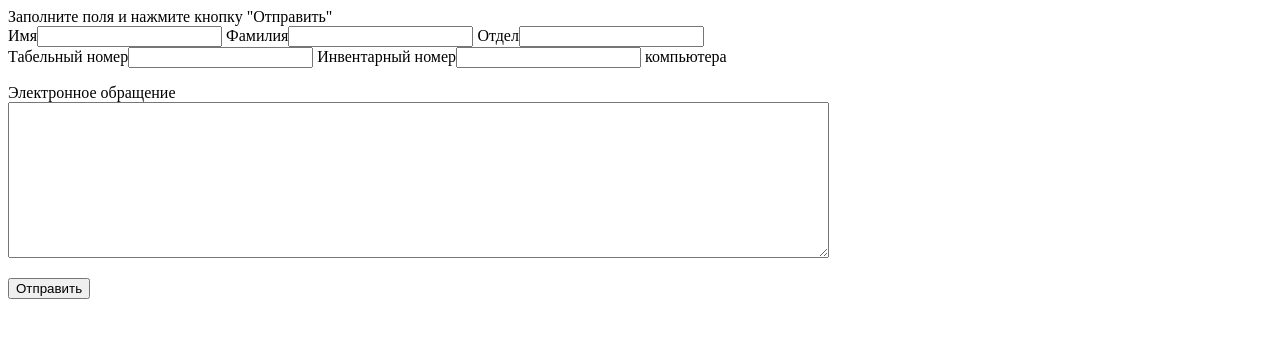
Repository: pitonby/monolitWebApp
Page: WebApp/WebContent/NewFile.html
The author's editor kept a copy of each file at every save. The page is drawn from the files as they stood at one save, then again after the next save.
The browser window is 1280 px wide. The pictures show the whole page.

Above is the page before, as saved 2017-05-29 09:15:24.

### WebApp/WebContent/NewFile.html
<!DOCTYPE html>
<html>
<head>
<meta charset="UTF-8">
<title>Электронная заявка</title>
</head>
<body>
Заполните поля и нажмите кнопку "Отправить"
	<form method="POST" action="MyServlet">
	Имя<input type="text" name="firstName">
	Фамилия<input type="text" name="secondName">
	Отдел<input type="text" name="department"><Br>
	Табельный номер<input type="text" name="id">
	Инвентарный номер<input type="text" name="pcNumber"> компьютера
	<p>Электронное обращение<Br>
   <textarea name="comment" cols="100" rows="10"></textarea></p>
	<input type="submit" value="Отправить">
	</form>
</body>
</html>

After the next save:
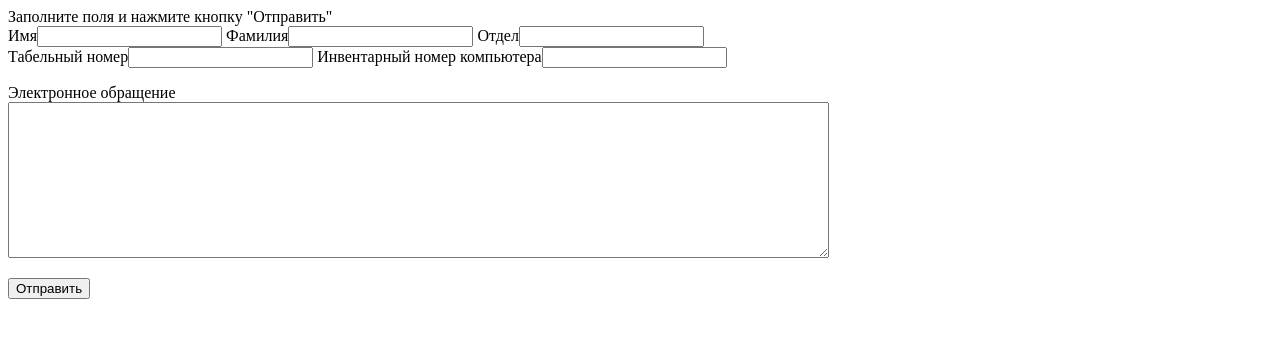
Saved 29 s later.
--- a/WebApp/WebContent/NewFile.html
+++ b/WebApp/WebContent/NewFile.html
@@ -11,7 +11,7 @@
 	Фамилия<input type="text" name="secondName">
 	Отдел<input type="text" name="department"><Br>
 	Табельный номер<input type="text" name="id">
-	Инвентарный номер<input type="text" name="pcNumber"> компьютера
+	Инвентарный номер компьютера<input type="text" name="pcNumber">
 	<p>Электронное обращение<Br>
    <textarea name="comment" cols="100" rows="10"></textarea></p>
 	<input type="submit" value="Отправить">
